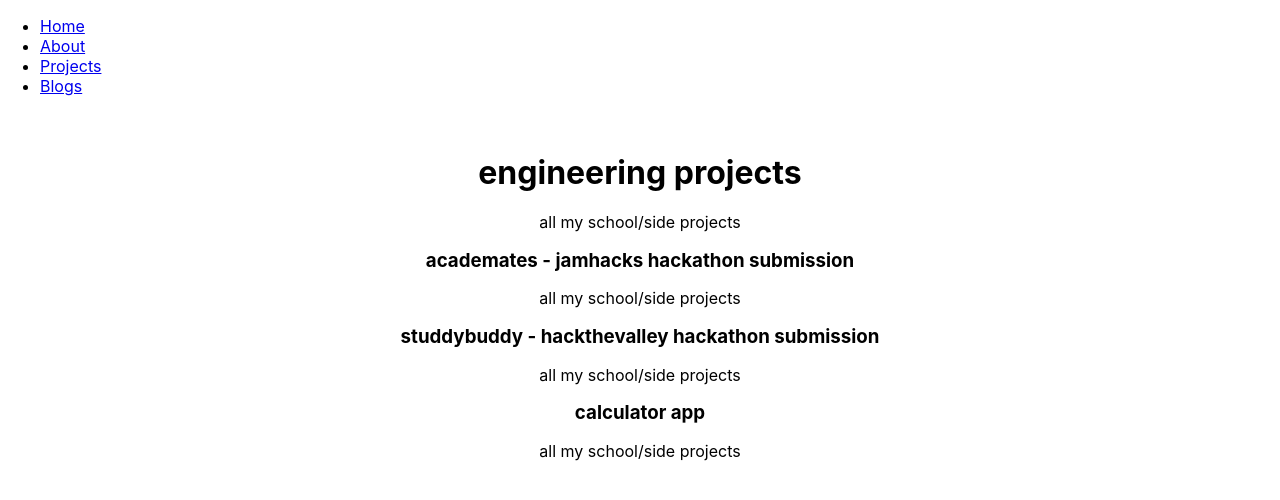
Repository: nicholaschen09/personalWebsite
Page: /projects/engineering
These files come from the project's save history. The page is drawn as it stood at one moment and after the next save; the edit follows.
The browser window is 1280 px wide. The pictures show the whole page.
The project was rebuilt for these pictures with package versions that can differ from the ones it lists, and the page was loaded fresh each time. Also part of the build but not shown: src/components/About.css, src/components/About.js, src/components/Home.js, src/components/Projects.css, src/components/Projects.js, src/components/Blog.css, src/components/Blog.js, src/components/Miscellaneous.css and 3 more.

Above is the page before, as saved 2024-07-18 08:45:42.

### src/App.js
import React from 'react';
import { BrowserRouter as Router, Route, Routes, Link } from 'react-router-dom';
import About from './components/About.js';
import Home from './components/Home.js';
import Projects from './components/Projects.js';
import Blog from './components/Blog.js';
import Miscellaneous from './components/Miscellaneous.js';
import Design from './components/Design.js';
import Engineering from './components/Engineering.js';

function App() {
  return (
    <Router>
      <div>
        <nav>
          <ul>
            <li>
              <Link to="/">Home</Link>
            </li>
            <li>
              <Link to="/about">About</Link>
            </li>
            <li>
              <Link to="/projects">Projects</Link>
            </li>
            <li>
              <Link to="/blogs">Blogs</Link>
            </li>
          </ul>
        </nav>

        <Routes>
          <Route path="/about" element={<About />} />
          <Route path="/" element={<Home />} />
          <Route path="/projects" element={<Projects />} />
          <Route path="/blogs" element={<Blog />} />
          <Route path="/projects/miscellaneous" element={<Miscellaneous />} />
          <Route path="/projects/design" element={<Design />} />
          <Route path="/projects/engineering" element={<Engineering />} />
        </Routes>
      </div>
    </Router>
  );
}

export default App;

### src/components/Engineering.js
import React from 'react';
import './Engineering.css';

const Engineering = () => {
    return (
        <div className="engineering">
            <h1>engineering projects</h1>
            <p>all my school/side projects</p>
            <div className="projects-container">
                <div className="project academates">
                    <h3>academates - jamhacks hackathon submission</h3>
                    <p>all my school/side projects</p>
                </div>
                <div className="project studdybuddy">
                    <h3>studdybuddy - hackthevalley hackathon submission</h3>
                    <p>all my school/side projects</p>
                </div>
                <div className="project calculator">
                    <h3>calculator app</h3>
                    <p>all my school/side projects</p>
                </div>
            </div>
        </div>
    );
};

export default Engineering;

### src/components/Home.css
/* src/components/Home/Home.css */
.home {
    text-align: center;
    padding: 100px;
    width: 700px;
    margin-left: auto;
    margin-right: auto;
}
.DinnerImage {
    width: 70%;
    height: 70%;
    margin-left: auto;
    margin-right: auto;
    display: block;
}
p {
    line-height: 1;
}

### src/components/Engineering.css
.engineering {
    text-align: center;
    padding: 20px;
}

Loaded but not shown: public/index.html (common file); src/index.js (common file); src/index.css (common file); src/reportWebVitals.js (common file)

After the next save:
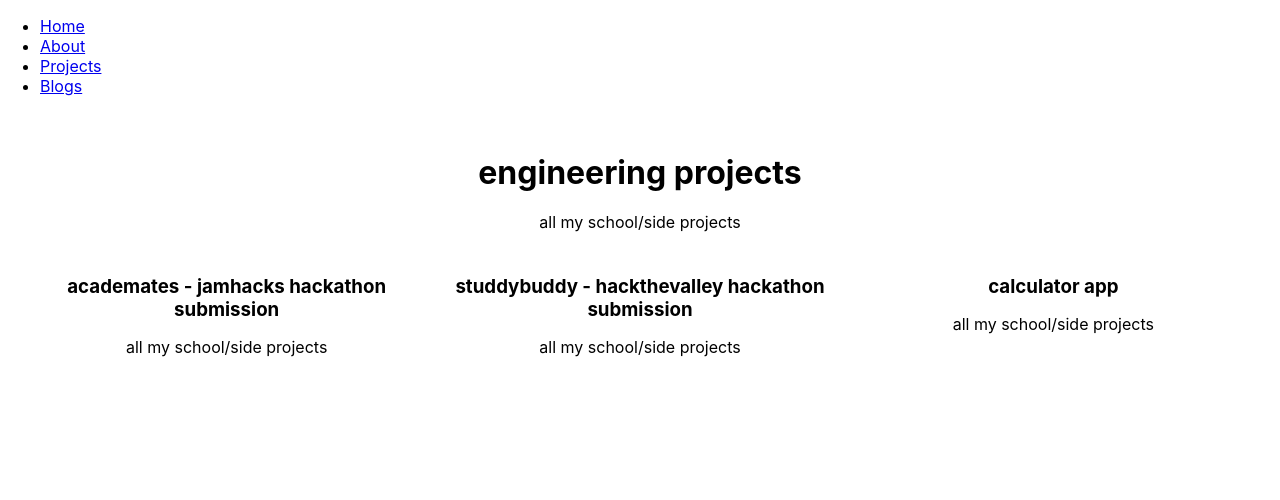
Saved 24 s later.
--- a/src/components/Engineering.css
+++ b/src/components/Engineering.css
@@ -2,3 +2,15 @@
     text-align: center;
     padding: 20px;
 }
+
+.projects-container {
+    display: flex;
+    justify-content: space-between; /* Adjusts spacing between project columns */
+    flex-wrap: wrap; /* Allows items to wrap into the next row if the container's width is too small */
+}
+
+.project {
+    width: calc(33.333% - 20px); /* Adjusts the width of each project to fit 3 in a row, accounting for some margin */
+    margin: 10px; /* Adds margin around each project for spacing */
+    /* Add more styles here as needed (e.g., padding, background-color) */
+}
